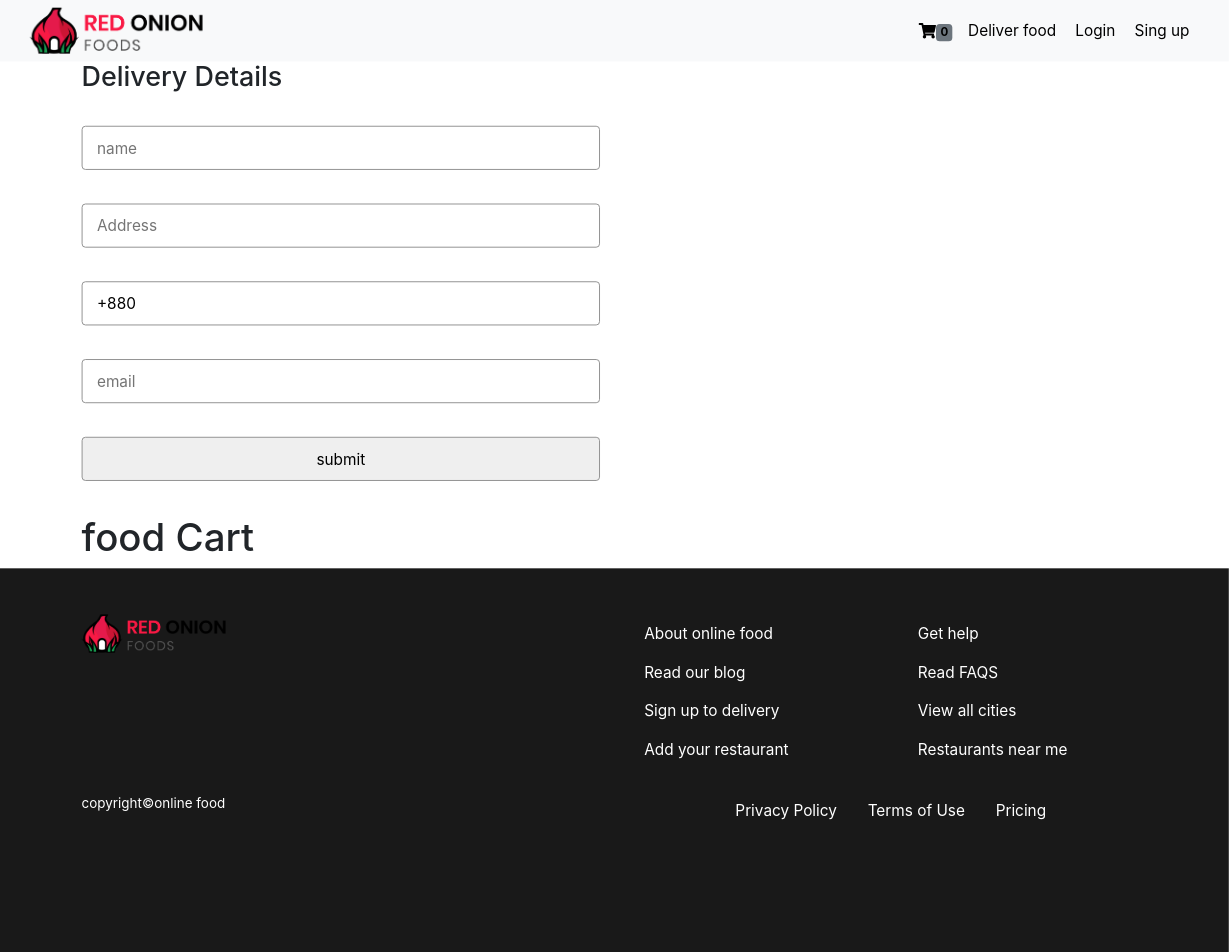
Repository: arif286/red-onion-client
Page: /cart
The author's editor kept a copy of each file at every save. The page is drawn from the files as they stood at one save, then again after the next save.
The browser window is 1280 px wide. The pictures show the whole page, at 96% of full size.
The project was rebuilt for these pictures with package versions that can differ from the ones it lists, and the page was loaded fresh each time. Also part of the build but not shown: src/App.css, src/components/SearchBar/SearchBar.css, src/components/SearchBar/SearchBar.js, src/components/FoodDetails/FoodDetail.css, src/components/FoodDetails/FoodDetail.js, src/components/DeliveryFood/DeliveryFood.js, src/components/Food/Food.css, src/components/Food/FoodItem.js and 9 more.

Above is the page before, as saved 2021-03-30 16:11:45.

### src/App.js
import "bootstrap/dist/css/bootstrap.min.css";
import React, { createContext, useState } from "react";
import { BrowserRouter as Router, Route, Switch } from "react-router-dom";
import './App.css';
import Cart from "./components/Cart/Cart";
import FoodDetail from "./components/FoodDetails/FoodDetail";
import Footer from "./components/Footer/Footer";
import Header from "./components/Header/Header";
import Home from './components/Home/Home';
import Login from "./components/LogIn/Login";
import SingUp from "./components/SingUp/SingUp";


export const UserContext = createContext();
function App() {
  const [loggedInUser, setLoggedInUser] = useState({});
  return (
    <UserContext.Provider value={[loggedInUser, setLoggedInUser]}>
      <Router>
        <Header />
        <Switch>
          <Route path="/home">
            <Home />
          </Route>
          <Route path="/signUp">
            <SingUp />
          </Route>
          <Route path="/login">
            <Login />
          </Route>
          <Route path="/food/details/:foodId">
            <FoodDetail />
          </Route>
          <Route path='/cart'>
            <Cart/>
          </Route>
          <Route exact path="/">
            <Home/>
          </Route>
        </Switch>
        <Footer />
      </Router>
    </UserContext.Provider>
  );

}

export default App;

### src/components/Cart/Cart.js
import React, { useContext } from 'react';
import { useForm } from 'react-hook-form';
import { UserContext } from '../../App';
import './Cart.css';
const Cart = () => {
    const [loggedInUser, setLoggedInUser] = useContext(UserContext);
    const { count, foodItem } = loggedInUser;

    const { register, handleSubmit, errors } = useForm();

    const onSubmit = (data) => {
        console.log(data)
    }
    return (
      <div className="container">
        <div className="row justify-content-between">
          <div className="col-md-6 col-sm-12">
            <h3>Delivery Details</h3>
            <form className='delivery-form' onSubmit={handleSubmit(onSubmit)}>
              <input
                type="text"
                name="name"
                placeholder="name"
                ref={register({
                  validate: (value) => (value.length !== ''),
                  required: true,
                })}
              />
              {errors.name && <p>please write your name</p>}

              <input
                type="text"
                name="address"
                placeholder="Address"
                ref={register({
                  validate: (value) => (value.length !== ''),
                  required: true,
                })}
              />
              {errors.address && <p>please write correct address</p>}
              <input
                type="phone"
                name="phone"
                placeholder="phone"
                defaultValue="+880"
                ref={register({
                  validate: (value) => value.length !== 14,
                  required: true,
                })}
              />
              {errors.phone && <p>please type a correct number</p>}
                <input
                 name = 'email'
                 type = "email"
                 placeholder = "email"
                 ref={register({
                  pattern: /^(([^<>()[\]\\.,;:\s@"]+(\.[^<>()[\]\\.,;:\s@"]+)*)|(".+"))@((\[[0-9]{1,3}\.[0-9]{1,3}\.[0-9]{1,3}\.[0-9]{1,3}\])|(([a-zA-Z\-0-9]+\.)+[a-zA-Z]{2,}))$/,
                  required: true,
                })}
              />
              {
                  errors.email && <p>Invalid Email</p>
              }
              <input type="submit" value="submit" />
            </form>
          </div>
          <div className="col-md-4 col-sm-12"></div>
        </div>
        <h1>food Cart</h1>
      </div>
    );
};

export default Cart;

### src/components/Footer/Footer.js
import React from 'react';
import { NavLink } from 'react-bootstrap';
import Logo from '../../onion-restaurent/logo2.png';
import './Footer.css';

const Footer = () => {
    return (
      <footer>
        <div className="container">
          <div className="row pt-5">
            <div className="col-md-6 col-sm-12 pb-4">
              <img className="footer-img" src={Logo} alt="" />
            </div>
            <div className="col-md-3 col-sm-12 pb-4">
              <ul className="nav flex-column">
                <li className="nav-item">
                  <NavLink
                    className="nav-link active footer-link"
                    aria-current="page"
                    to="/"
                  >
                    About online food
                  </NavLink>
                </li>
                <li className="nav-item">
                  <NavLink className="nav-link footer-link" to="/">
                    Read our blog
                  </NavLink>
                </li>
                <li className="nav-item">
                  <NavLink className="nav-link footer-link" to="/">
                    Sign up to delivery
                  </NavLink>
                </li>
                <li className="nav-item">
                  <NavLink className="nav-link footer-link" to="/">
                    Add your restaurant
                  </NavLink>
                </li>
              </ul>
            </div>
            <div className="col-md-3 col-sm-12 pb-4">
              <ul className="nav flex-column">
                <li className="nav-item">
                  <NavLink
                    className="nav-link footer-link"
                    aria-current="page"
                    to="/"
                  >
                    Get help
                  </NavLink>
                </li>
                <li className="nav-item">
                  <NavLink className="nav-link footer-link" to="/">
                    Read FAQS
                  </NavLink>
                </li>
                <li className="nav-item">
                  <NavLink className="nav-link footer-link" to="/">
                    View all cities
                  </NavLink>
                </li>
                <li className="nav-item">
                  <NavLink className="nav-link footer-link" to="/">
                    Restaurants near me
                  </NavLink>
                </li>
              </ul>
            </div>
          </div>

          <div className="row">
            <div className="col-md-7">
              <p className='copy-right'>
                <small>
                  copyright<span>&#169;</span>online food
                </small>
              </p>
            </div>
            <div className="col-md-5">
              <div className='d-flex'>
                <NavLink className="footer-link">Privacy Policy</NavLink>
                <NavLink className="footer-link">Terms of Use</NavLink>
                <NavLink className="footer-link">Pricing</NavLink>
              </div>
            </div>
          </div>
        </div>
      </footer>
    );
};

export default Footer;

### src/components/Header/Header.js
import { faShoppingCart } from "@fortawesome/free-solid-svg-icons";
import { FontAwesomeIcon } from "@fortawesome/react-fontawesome";
import React from 'react';
import { NavLink } from "react-router-dom";
import logo from '../../onion-restaurent/logo2.png';
import './Header.css';
const cart = <FontAwesomeIcon icon={faShoppingCart} />;
const Header = () => {
    const header = {
        logo : {width: '180px'}
    }
    return (
      <div>
        <nav className="navbar navbar-expand-lg navbar-light bg-light">
          <div className="container-fluid">
            <div>
              <img style={header.logo} src={logo} alt="" />
            </div>
            <button
              className="navbar-toggler"
              type="button"
              data-bs-toggle="collapse"
              data-bs-target="#navbarNav"
              aria-controls="navbarNav"
              aria-expanded="false"
              aria-label="Toggle navigation"
            >
              <span className="navbar-toggler-icon"></span>
            </button>
            <div
              className="collapse  navbar-collapse justify-content-end"
              id="navbarNav"
            >
              <ul className="navbar-nav align-items-center">
                <li className="nav-item">
                  <button className=" cart-btn" to="/">
                    {cart}
                    <small className="badge bg-secondary">0</small>
                  </button>
                </li>
                <li className="nav-item">
                  <NavLink className="header-link" to="/cart">
                    Deliver food
                  </NavLink>
                </li>
                <li className="nav-item">
                  <NavLink className="header-link" to="/login">
                    Login
                  </NavLink>
                </li>
                <li className="nav-item">
                  <NavLink className="header-link" to="/signUp">
                    Sing up
                  </NavLink>
                </li>
              </ul>
            </div>
          </div>
        </nav>
      </div>
    );
};

export default Header;

### src/components/Cart/Cart.css
.delivery-form input {
  width: 100%;
  padding: 10px 15px;
  box-sizing: border-box;
  margin-bottom: 35px;
  border: 1px solid #909090;
  outline: none;
  border-radius: 4px;
}
.delivery-form input:first-child {
  margin-top: 25px;
}

.delivery-form p {
  color: #bf1650;
}

.delivery-form p::before {
  display: inline;
  content: "⚠ ";
}

### src/components/Footer/Footer.css
.footer-img {
  width: 150px;
}
footer {
  background-color: #191919;
  height: 400px;
}
.footer-link {
  color: white;
}
.footer-link:hover {
  color: #878787;
}
.copy-right {
  color: white;
}

### src/components/Header/Header.css
.header-link {
  color: black;
  display: inline-block;
  padding: 10px;
}
.header-link:hover {
  text-decoration: none;
  color: #777777;
}
.cart-btn {
  border: none;
  background: none;
}

Loaded but not shown: public/index.html (common file); src/index.js (common file); src/index.css (common file); src/reportWebVitals.js (common file)

After the next save:
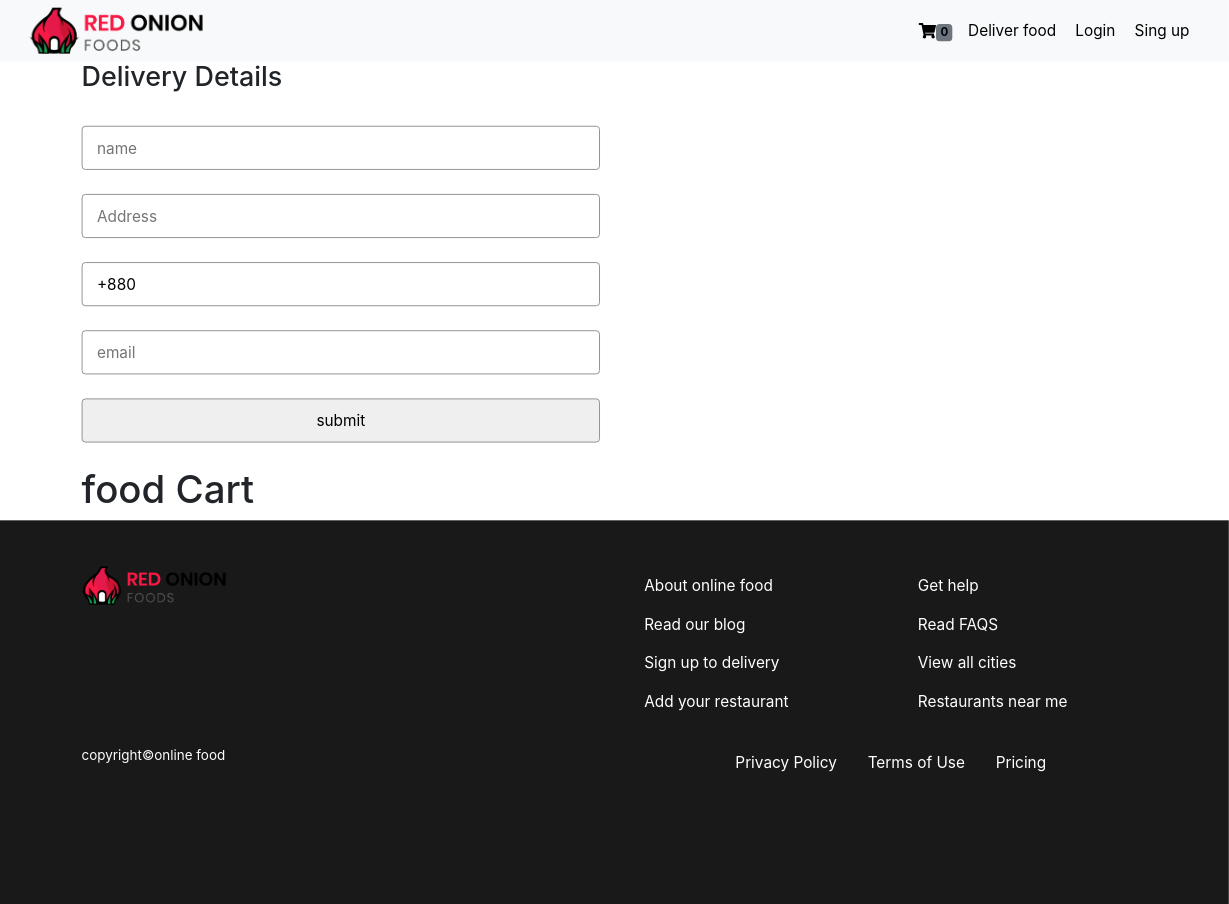
Saved 15 s later.
--- a/src/components/Cart/Cart.css
+++ b/src/components/Cart/Cart.css
@@ -2,7 +2,7 @@
   width: 100%;
   padding: 10px 15px;
   box-sizing: border-box;
-  margin-bottom: 35px;
+  margin-bottom: 25px;
   border: 1px solid #909090;
   outline: none;
   border-radius: 4px;
